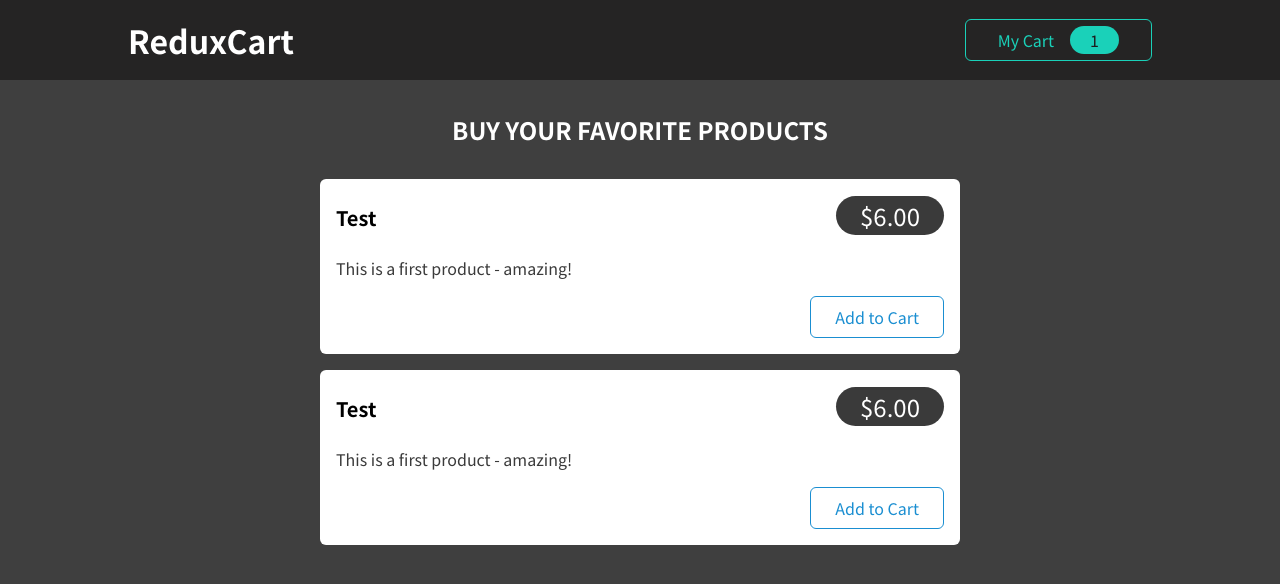
Repository: wenxi0504/13-ReactAdvancedRedux_toolkit
Page: /
These files come from the project's save history. The page is drawn as it stood at one moment and after the next save; the edit follows.
The browser window is 1280 px wide. The pictures show the whole page.
The project was rebuilt for these pictures with package versions that can differ from the ones it lists, and the page was loaded fresh each time. Also part of the build but not shown: src/components/Cart/Cart.module.css, src/components/Cart/CartItem.module.css, src/components/Cart/CartItem.js, src/components/Cart/Cart.js.

Above is the page before, as saved 2022-07-18 23:15:56.

### src/App.js
import { useSelector } from "react-redux/es/exports";
import Cart from "./components/Cart/Cart";
import Layout from "./components/Layout/Layout";
import Products from "./components/Shop/Products";

function App() {
  const showCart = useSelector((state) => state.ui.cartIsVisible);
  return (
    <Layout>
      {showCart && <Cart />}

      <Products />
    </Layout>
  );
}

export default App;

### src/store/index.js
import { configureStore } from "@reduxjs/toolkit";
import uiSlice from "./ui-slice";
import cartSlice from "./cart-slice";

const store = configureStore({
  reducer: {
    ui: uiSlice.reducer,
    cart: cartSlice.reducer,
  },
});

export default store;

### src/components/Shop/Products.js
import ProductItem from "./ProductItem";
import classes from "./Products.module.css";

const DUMMY_PRODUCTS = [
  {
    id: "p1",
    price: 6,
    title: "First Book",
    description: "My first book",
  },
  {
    id: "p2",
    price: 5,
    title: "Second Book",
    description: "My second book",
  },
];

const Products = (props) => {
  return (
    <section className={classes.products}>
      <h2>Buy your favorite products</h2>
      <ul>
        {DUMMY_PRODUCTS.map((product) => (
          <ProductItem
            title="Test"
            price={6}
            description="This is a first product - amazing!"
          />
        ))}
      </ul>
    </section>
  );
};

export default Products;

### src/store/ui-slice.js
import { createSlice } from "@reduxjs/toolkit";

const uiSlice = createSlice({
  name: "ui",
  initialState: { cartIsVisible: false },
  // map of all methods and actions
  reducers: {
    toggle(state) {
      state.cartIsVisible = !state.cartIsVisible;
    },
  },
});

export const uiActions = uiSlice.actions;
export default uiSlice;

### src/store/cart-slice.js
import { createSlice } from "@reduxjs/toolkit";
const cartSlice = createSlice({
  name: "cart",
  initialState: {
    items: [],
    totalQuality: 0,
  },
  reducers: {
    addItemToCart(state, action) {
      const newItem = action.payload;
      const existingItem = state.items.find((item) => item.id === newItem.id);
      if (!existingItem) {
        state.items.push({
          itemId: newItem.id,
          price: newItem.price,
          quality: 1,
          totalPrice: newItem.price,
          name: newItem.title,
        });
      } else {
        existingItem.quality++;
        existingItem.totalPrice = existingItem.totalPrice + newItem.price;
      }
    },
    removeItemFromCart(state, action) {
      const id = action.payload;
      const existingItem = state.items.find((item) => item.id === id);
      if (existingItem.quality === 1) {
        state.items = state.items.filter((item) => item.id !== id);
      } else {
        existingItem.quality--;
        existingItem.totalPrice = existingItem.totalPrice - existingItem.price;
      }
    },
  },
});

export const cartActions = cartSlice.actions;
export default cartSlice;

### src/components/Cart/CartButton.js
import { useDispatch } from "react-redux";
import { uiActions } from "../../store/ui-slice";
import classes from "./CartButton.module.css";

const CartButton = (props) => {
  const dispatch = useDispatch();
  const toggleCartHandler = () => {
    dispatch(uiActions.toggle());
  };
  return (
    <button className={classes.button} onClick={toggleCartHandler}>
      <span>My Cart</span>
      <span className={classes.badge}>1</span>
    </button>
  );
};

export default CartButton;

Loaded but not shown: public/index.html (common file); src/index.js (common file); src/index.css (common file); src/components/Layout/Layout.js (common file); src/components/UI/Card.js (common file); src/components/Layout/MainHeader.js (common file); src/components/Shop/ProductItem.js (common file); src/components/Shop/Products.module.css (common file); src/components/UI/Card.module.css (common file); src/components/Layout/MainHeader.module.css (common file); src/components/Shop/ProductItem.module.css (common file); src/components/Cart/CartButton.module.css (common file)

After the next save:
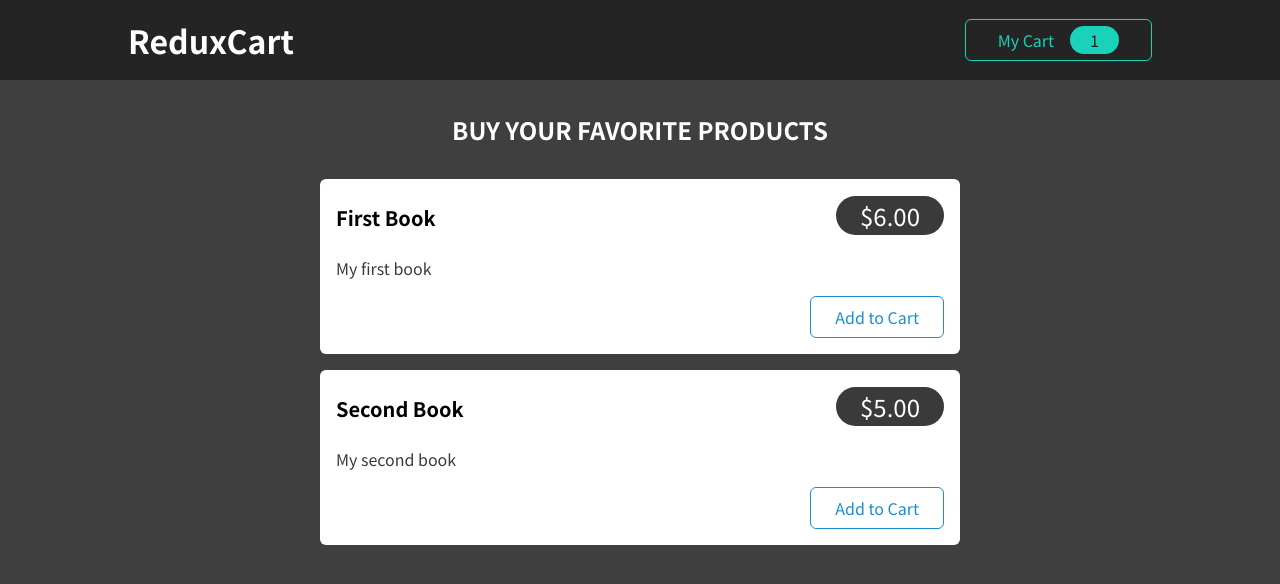
Saved 35 s later.
--- a/src/components/Shop/Products.js
+++ b/src/components/Shop/Products.js
@@ -23,9 +23,9 @@ const Products = (props) => {
       <ul>
         {DUMMY_PRODUCTS.map((product) => (
           <ProductItem
-            title="Test"
-            price={6}
-            description="This is a first product - amazing!"
+            title={product.title}
+            price={product.price}
+            description={product.description}
           />
         ))}
       </ul>
